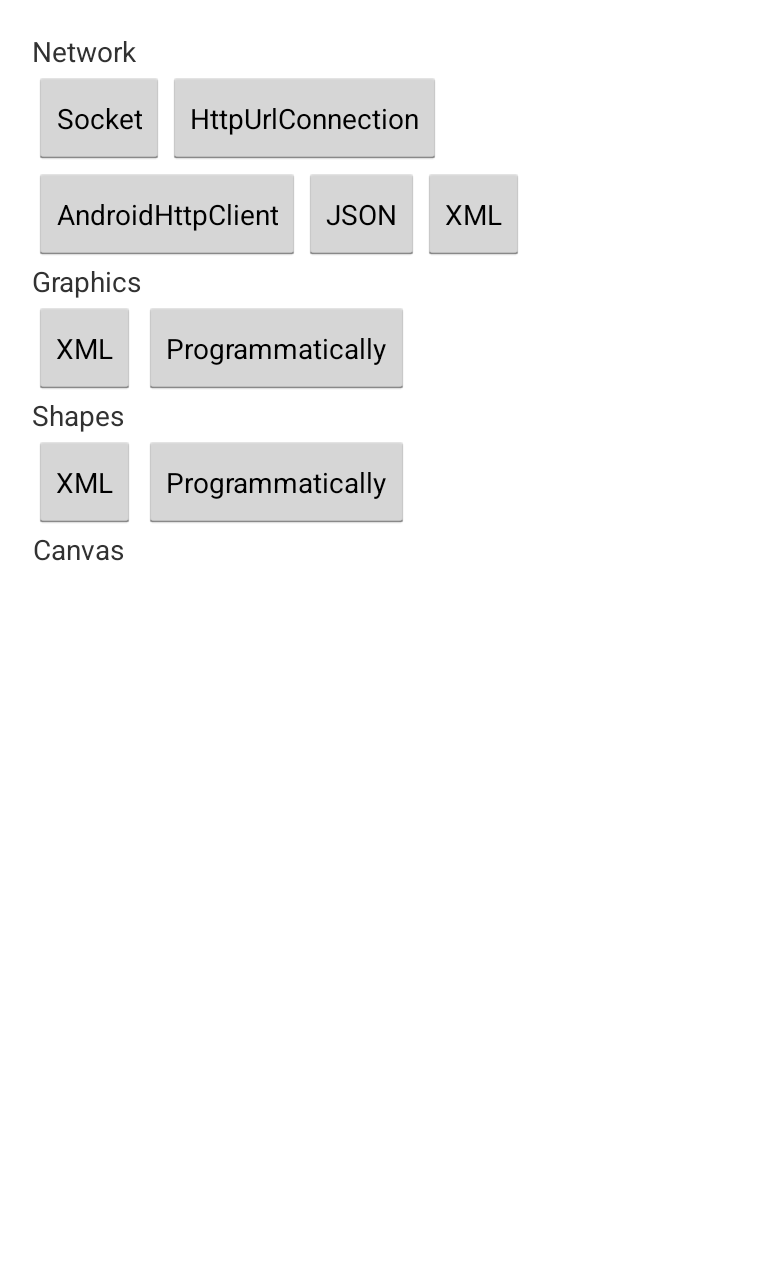
Repository: Amir13/Android_Basic_Steps
Layout: ViewElements4/res/layout/activity_main.xml
These files come from the project's save history. The layout is drawn as it stood at one moment and after the next save; the edit follows.
It is drawn on a 768 x 1280 px phone screen (xhdpi) without system bars, with theme AppTheme; the app's code is not run.

Above is the layout before, as saved 2014-06-08 18:29:16.

### ViewElements4/res/layout/activity_main.xml
<RelativeLayout xmlns:android="http://schemas.android.com/apk/res/android"
    xmlns:tools="http://schemas.android.com/tools"
    android:layout_width="match_parent"
    android:layout_height="match_parent"
    android:paddingBottom="@dimen/activity_vertical_margin"
    android:paddingLeft="@dimen/activity_horizontal_margin"
    android:paddingRight="@dimen/activity_horizontal_margin"
    android:paddingTop="@dimen/activity_vertical_margin"
    tools:context=".MainActivity" >

    <TextView
        android:id="@+id/textView1"
        android:layout_width="wrap_content"
        android:layout_height="wrap_content"
        android:text="@string/network" />

    <Button
        android:id="@+id/btnSocket"
        style="?android:attr/buttonStyleSmall"
        android:layout_width="wrap_content"
        android:layout_height="wrap_content"
        android:layout_alignParentLeft="true"
        android:layout_below="@+id/textView1"
        android:text="Socket" />

    <Button
        android:id="@+id/btnHttp"
        style="?android:attr/buttonStyleSmall"
        android:layout_width="wrap_content"
        android:layout_height="wrap_content"
        android:layout_alignBaseline="@+id/btnSocket"
        android:layout_alignBottom="@+id/btnSocket"
        android:layout_toRightOf="@+id/btnSocket"
        android:text="HttpUrlConnection" />

    <Button
        android:id="@+id/btnAndroid"
        style="?android:attr/buttonStyleSmall"
        android:layout_width="wrap_content"
        android:layout_height="wrap_content"
        android:layout_alignLeft="@+id/btnSocket"
        android:layout_below="@+id/btnSocket"
        android:text="AndroidHttpClient" />

    <Button
        android:id="@+id/btnJson"
        style="?android:attr/buttonStyleSmall"
        android:layout_width="wrap_content"
        android:layout_height="wrap_content"
        android:layout_alignTop="@+id/btnAndroid"
        android:layout_toRightOf="@+id/btnAndroid"
        android:text="JSON" />

    <Button
        android:id="@+id/btnXml"
        style="?android:attr/buttonStyleSmall"
        android:layout_width="wrap_content"
        android:layout_height="wrap_content"
        android:layout_alignBaseline="@+id/btnJson"
        android:layout_alignBottom="@+id/btnJson"
        android:layout_toRightOf="@+id/btnJson"
        android:text="@string/xml" />

    <Button
        android:id="@+id/btnGraphXml"
        style="?android:attr/buttonStyleSmall"
        android:layout_width="wrap_content"
        android:layout_height="wrap_content"
        android:layout_alignLeft="@+id/textView2"
        android:layout_below="@+id/textView2"
        android:text="@string/xml" />

    <Button
        android:id="@+id/btnGraphProg"
        style="?android:attr/buttonStyleSmall"
        android:layout_width="wrap_content"
        android:layout_height="wrap_content"
        android:layout_alignBaseline="@+id/btnGraphXml"
        android:layout_alignBottom="@+id/btnGraphXml"
        android:layout_toRightOf="@+id/textView2"
        android:text="@string/programmatically" />

    <TextView
        android:id="@+id/textView2"
        android:layout_width="wrap_content"
        android:layout_height="wrap_content"
        android:layout_alignLeft="@+id/btnAndroid"
        android:layout_below="@+id/btnAndroid"
        android:text="@string/title_activity_android_graphics" />

    <TextView
        android:id="@+id/textView3"
        android:layout_width="wrap_content"
        android:layout_height="wrap_content"
        android:layout_alignLeft="@+id/btnGraphXml"
        android:layout_below="@+id/btnGraphXml"
        android:text="@string/title_activity_android_shapes" />

    <Button
        android:id="@+id/btnShapeXml"
        style="?android:attr/buttonStyleSmall"
        android:layout_width="wrap_content"
        android:layout_height="wrap_content"
        android:layout_alignLeft="@+id/textView3"
        android:layout_below="@+id/textView3"
        android:text="@string/xml" />

    <Button
        android:id="@+id/btnShapeProgra"
        style="?android:attr/buttonStyleSmall"
        android:layout_width="wrap_content"
        android:layout_height="wrap_content"
        android:layout_alignBaseline="@+id/btnShapeXml"
        android:layout_alignBottom="@+id/btnShapeXml"
        android:layout_alignLeft="@+id/btnGraphProg"
        android:text="@string/programmatically" />

    <TextView
        android:id="@+id/textView4"
        android:layout_width="wrap_content"
        android:layout_height="wrap_content"
        android:layout_alignRight="@+id/textView3"
        android:layout_below="@+id/btnShapeXml"
        android:text="@string/title_activity_android_canvas" />

</RelativeLayout>

### ViewElements4/res/values/dimens.xml
<resources>

    <!-- Default screen margins, per the Android Design guidelines. -->
    <dimen name="activity_horizontal_margin">16dp</dimen>
    <dimen name="activity_vertical_margin">16dp</dimen>
    <dimen name="image_width">250dp</dimen>
    <dimen name="image_height">250dp</dimen>
    <dimen name="shape_width">250dp</dimen>
    <dimen name="shape_height">250dp</dimen>
    <dimen name="shape_padding">20dp</dimen>

</resources>

### ViewElements4/res/values/strings.xml
<?xml version="1.0" encoding="utf-8"?>
<resources>

    <string name="app_name">ViewElements4</string>
    <string name="action_settings">Settings</string>
    <string name="network">Network</string>
    <string name="title_activity_http_result">HttpResult</string>
    <string name="title_activity_http_url_connection">NetworkHttpUrlConnection</string>
    <string name="title_activity_android_http">NetworkAndroidHttpClient</string>
    <string name="title_activity_android_json">NetworkAndroidJson</string>
    <string name="title_activity_android_xml">NetworkAndroidXml</string>
    <string name="title_activity_android_graphics">Graphics</string>
    <string name="title_activity_android_shapes">Shapes</string>
    <string name="title_activity_android_canvas">Canvas</string>
    <string name="http_result">This is the result from http request.</string>
    <string name="textViewRequest">Doing the request.....</string>
    <string name="programmatically">Programmatically</string>
    <string name="xml">XML</string>

</resources>

Loaded but not shown: ViewElements4/res/values/styles.xml (common file); ViewElements4/res/values-v11/styles.xml (common file); ViewElements4/res/values-v14/styles.xml (common file)

After the next save:
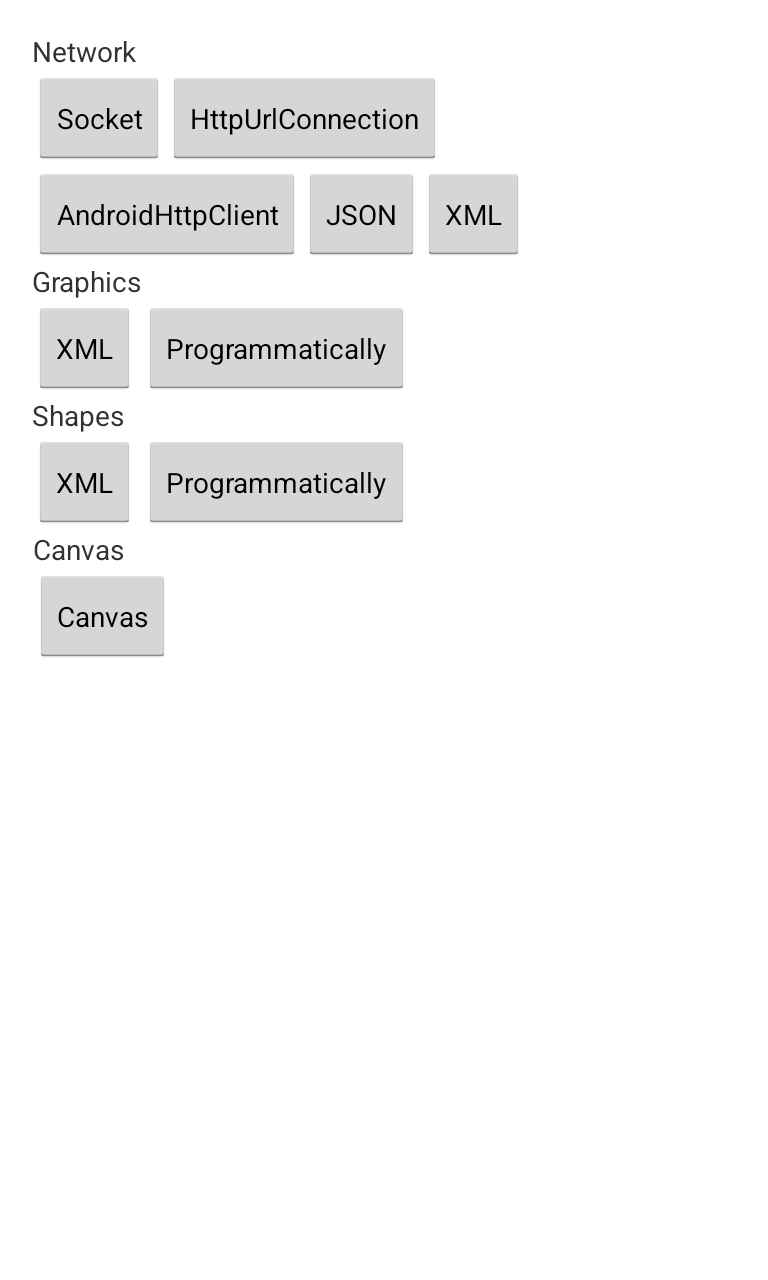
Saved 2 min 44 s later.
--- a/ViewElements4/res/layout/activity_main.xml
+++ b/ViewElements4/res/layout/activity_main.xml
@@ -123,4 +123,13 @@
         android:layout_below="@+id/btnShapeXml"
         android:text="@string/title_activity_android_canvas" />
 
+    <Button
+        android:id="@+id/button1"
+        style="?android:attr/buttonStyleSmall"
+        android:layout_width="wrap_content"
+        android:layout_height="wrap_content"
+        android:layout_alignLeft="@+id/textView4"
+        android:layout_below="@+id/textView4"
+        android:text="@string/title_activity_android_canvas" />
+
 </RelativeLayout>
